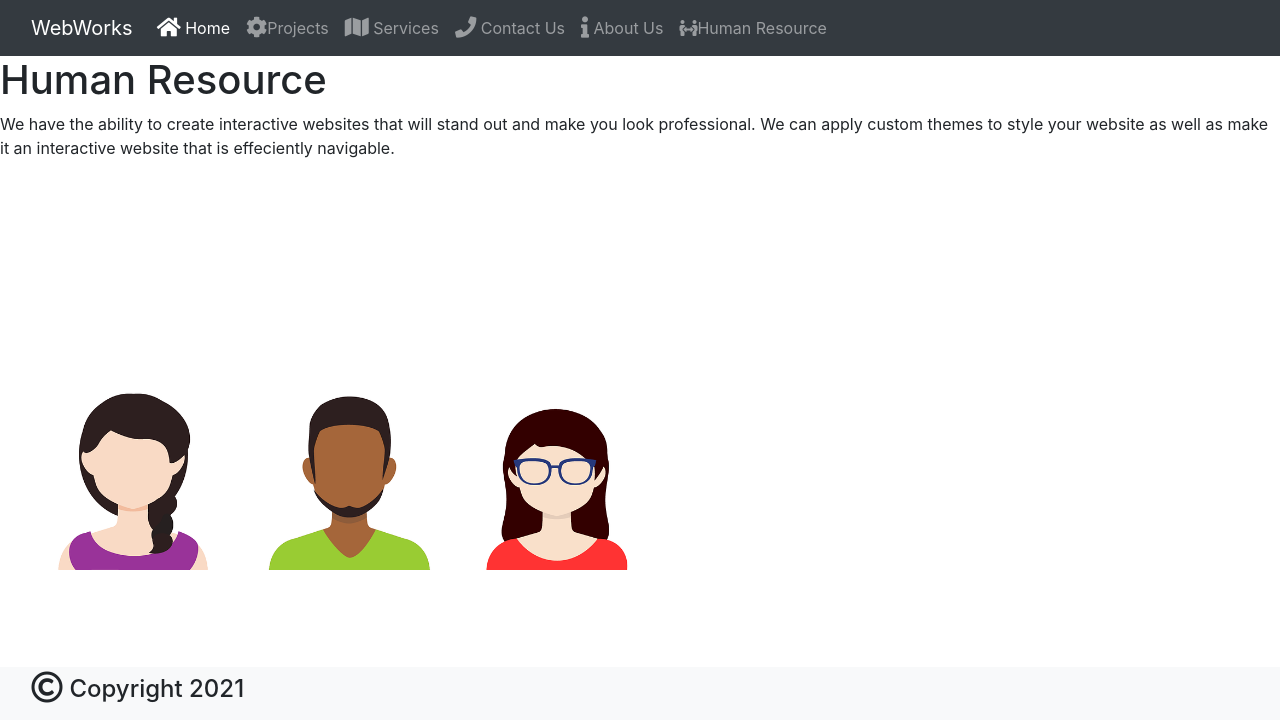
Repository: JonathonWager/Webd6202Lab1
Page: human_resource.html
These files come from the project's save history. The page is drawn as it stood at one moment and after the next save; the edit follows.
The browser window is 1280 px wide. The pictures show the whole page.

Above is the page before, as saved 2021-02-05 20:28:54.
Not found: Content/app.css

After the next save:
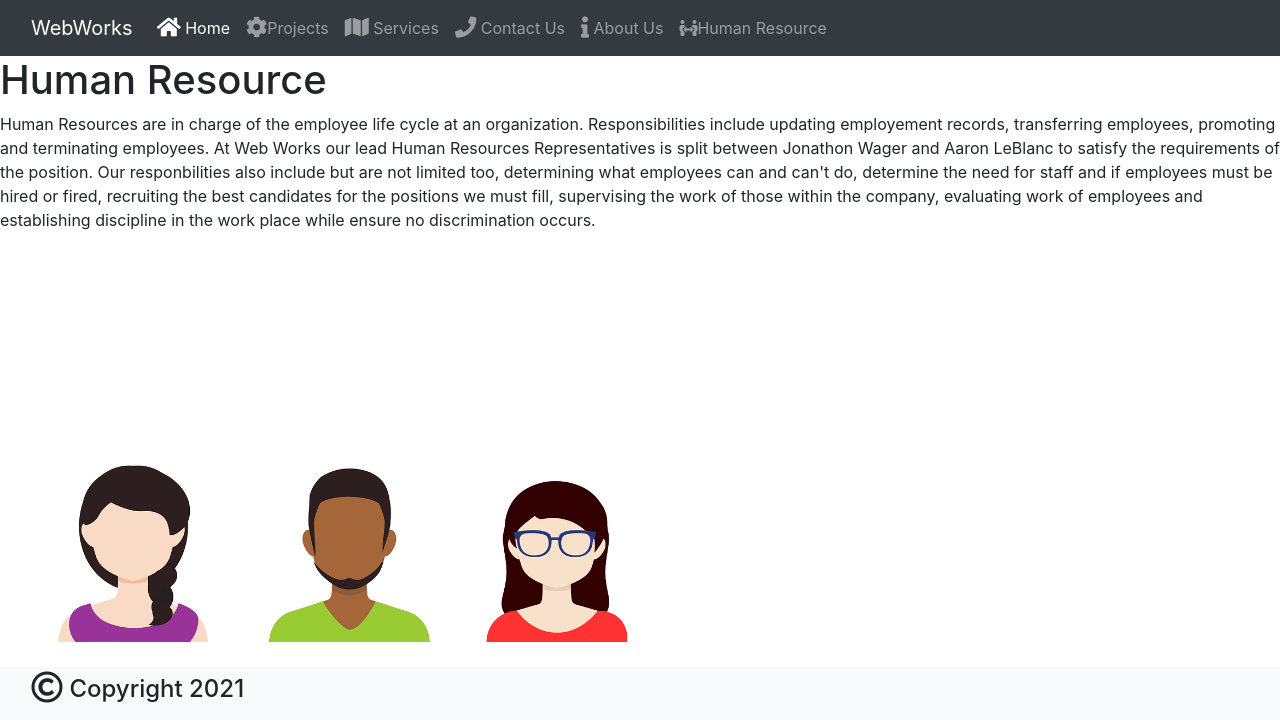
Saved 64 s later.
--- a/Scripts/app.js
+++ b/Scripts/app.js
@@ -165,7 +165,7 @@
 
     function displayHumanResource()
     {
-      let paragraphOneText = "We have the ability to create interactive websites that will stand out and make you look professional. We can apply custom themes to style your website as well as make it an interactive website that is effeciently navigable.";
+      let paragraphOneText = "Human Resources are in charge of the employee life cycle at an organization. Responsibilities include updating employement records, transferring employees, promoting and terminating employees. At Web Works our lead Human Resources Representatives is split between Jonathon Wager and Aaron LeBlanc to satisfy the requirements of the position. Our responbilities also include but are not limited too, determining what employees can and can't do, determine the need for staff and if employees must be hired or fired, recruiting the best candidates for the positions we must fill, supervising the work of those within the company, evaluating work of employees and establishing discipline in the work place while ensure no discrimination occurs.";
 
       let projectsDiv1 = document.getElementById("HRcontent");
 
